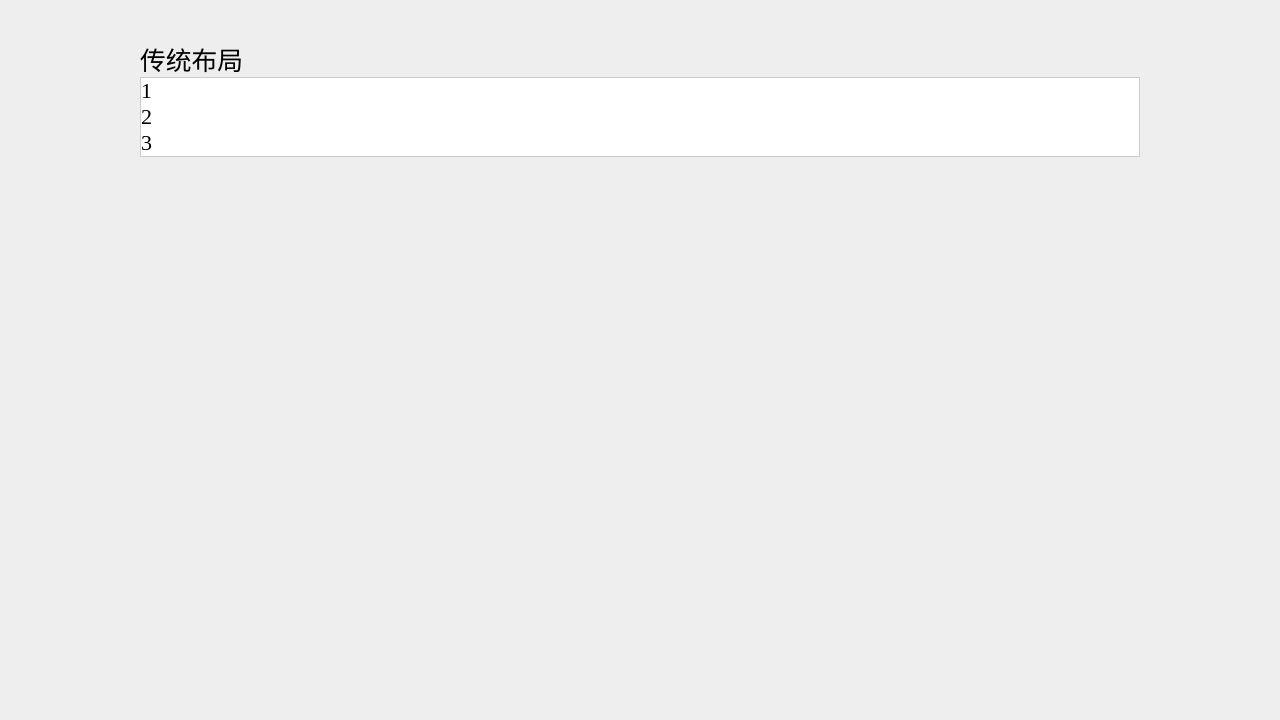
Repository: Germtao/Web
Page: web_css/css3_FLEX布局.html
These files come from the project's save history. The page is drawn as it stood at one moment and after the next save; the edit follows.
The browser window is 1280 px wide. The pictures show the whole page.

Above is the page before, as saved 2020-11-04 10:52:38.

After the next save:
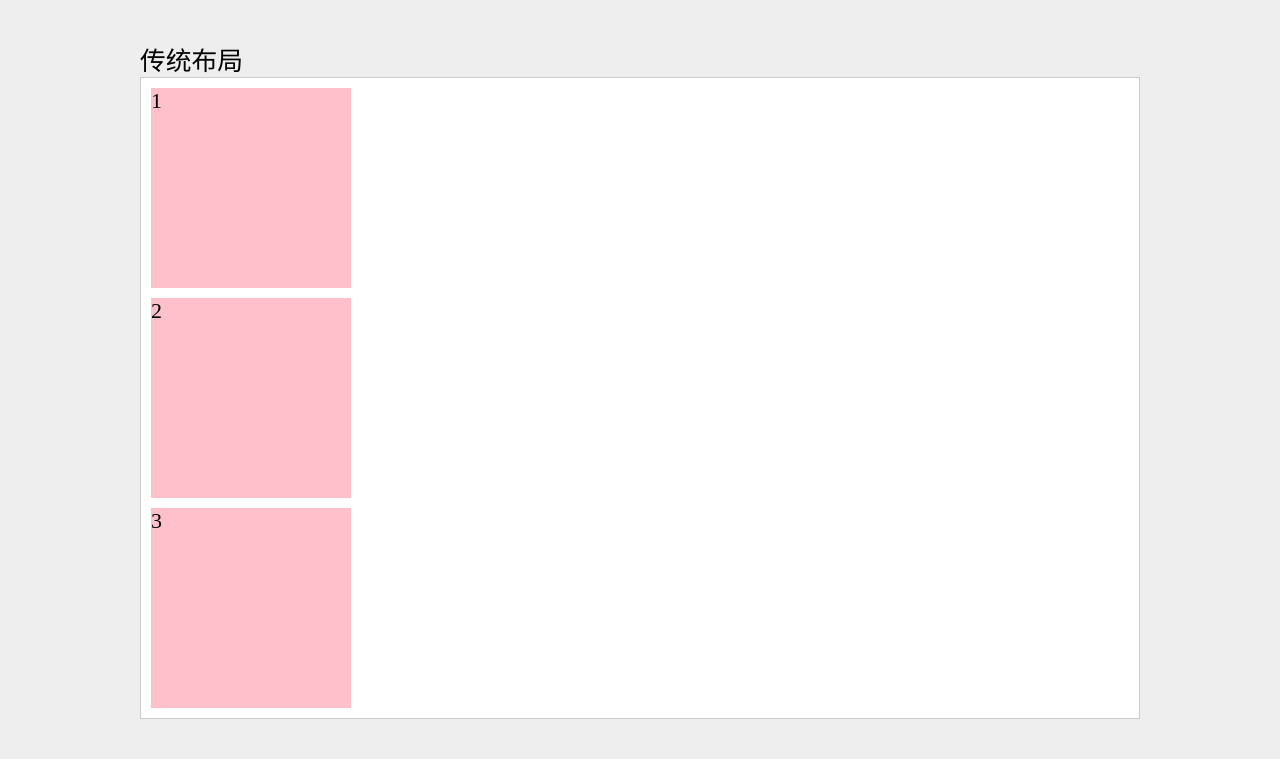
Saved 57 s later.
--- a/web_css/css3_FLEX布局.html
+++ b/web_css/css3_FLEX布局.html
@@ -32,6 +32,18 @@
       background-color: #fff;
       border: 1px solid #ccc;
     }
+
+    ul li {
+      width: 200px;
+      height: 200px;
+      background-color: pink;
+      margin: 10px;
+    }
+
+    section:nth-child(1) {
+      /* 清除浮动 */
+      overflow: hidden;
+    }
   </style>
 </head>
 
